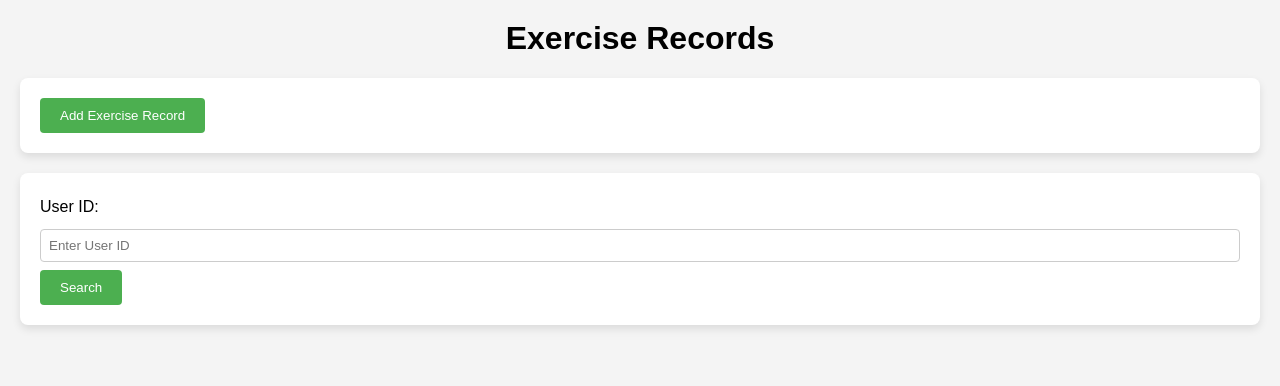
Repository: zilxhasu/eeit94-topic2
Page: http://localhost/topic2/jsp/fitness/index.jsp
An editor plug-in stored every save of this project. The page is shown before and after the next save, followed by the edit.
The browser window is 1280 px wide. The pictures show the whole page.
The page is served by Tomcat 10. Other server files are loaded and not shown.

Above is the page before, as saved 2025-02-23 14:20:18.

### topic2/src/main/webapp/jsp/fitness/index.jsp
<%@ page language="java" contentType="text/html; charset=UTF-8" pageEncoding="UTF-8"%>
<%@ taglib prefix="c" uri="http://java.sun.com/jsp/jstl/core" %>
<%@ taglib prefix="fn" uri="http://java.sun.com/jsp/jstl/functions" %>

<!DOCTYPE html>
<html lang="en">
<head>
    <meta charset="UTF-8">
    <meta name="viewport" content="width=device-width, initial-scale=1.0">
    <title>Exercise Records</title>
    <style>
        /* 樣式設置，可根據需要自行修改 */
        body {
            font-family: Arial, sans-serif;
            background-color: #f4f4f4;
            margin: 0;
            padding: 0;
        }

        h1 {
            text-align: center;
            margin-top: 20px;
        }

        form {
            margin: 20px;
            background-color: #fff;
            padding: 20px;
            border-radius: 8px;
            box-shadow: 0 4px 8px rgba(0, 0, 0, 0.1);
        }

        label {
            display: block;
            margin: 5px 0;
        }

        input, select {
            width: 100%;
            padding: 8px;
            margin: 8px 0;
            box-sizing: border-box;
            border-radius: 4px;
            border: 1px solid #ccc;
        }

        button {
            padding: 10px 20px;
            background-color: #4CAF50;
            color: white;
            border: none;
            border-radius: 4px;
            cursor: pointer;
        }

        button:hover {
            background-color: #45a049;
        }
    </style>
</head>
<body>
    <h1>Exercise Records</h1>

    <!-- 新增運動紀錄的按鈕 -->
    <form action=/jsp/fitness/addExerciseRecord.jsp method="get">
        <button type="submit">Add Exercise Record</button>
    </form>

    <!-- 查詢運動紀錄 -->
    <form action="<c:url value='/api/fitness/progress' />" method="get">
        <label for="userId">User ID:</label>
        <input type="number" name="userId" required placeholder="Enter User ID">
        <button type="submit">Search</button>
    </form>
</body>
</html>

After the next save:
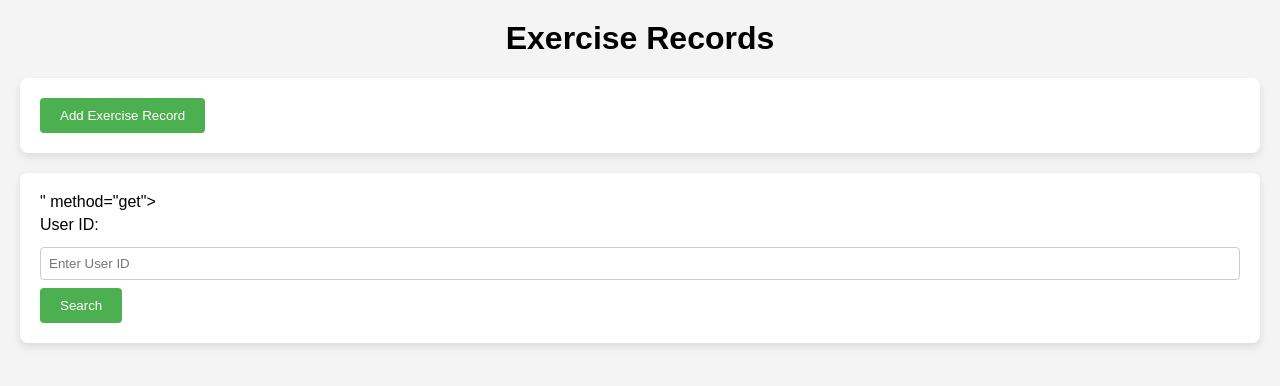
Saved 6 s later.
--- a/topic2/src/main/webapp/jsp/fitness/index.jsp
+++ b/topic2/src/main/webapp/jsp/fitness/index.jsp
@@ -67,7 +67,7 @@
     </form>
 
     <!-- 查詢運動紀錄 -->
-    <form action="<c:url value='/api/fitness/progress' />" method="get">
+    <form action=/api/fitness/progress' />" method="get">
         <label for="userId">User ID:</label>
         <input type="number" name="userId" required placeholder="Enter User ID">
         <button type="submit">Search</button>

After the save that followed:
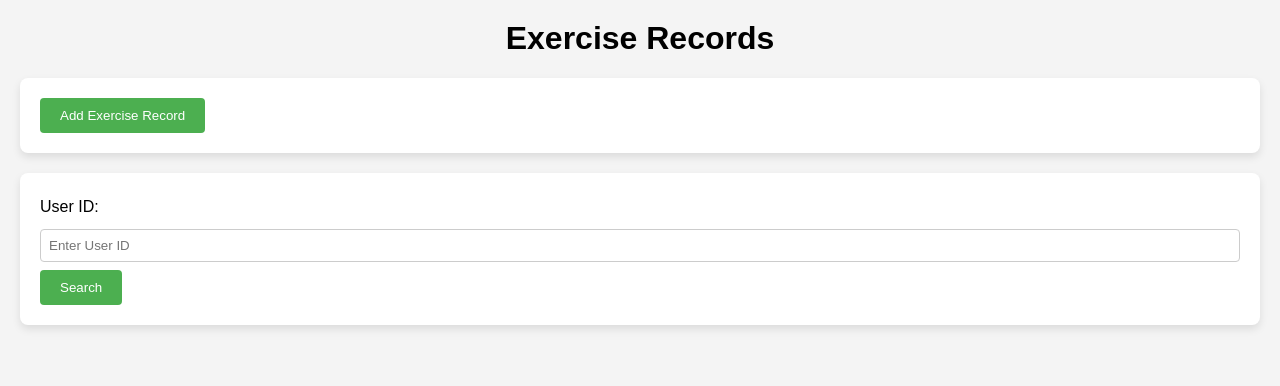
Saved 5 s later.
--- a/topic2/src/main/webapp/jsp/fitness/index.jsp
+++ b/topic2/src/main/webapp/jsp/fitness/index.jsp
@@ -67,7 +67,7 @@
     </form>
 
     <!-- 查詢運動紀錄 -->
-    <form action=/api/fitness/progress' />" method="get">
+    <form action=/api/fitness/progress method="get">
         <label for="userId">User ID:</label>
         <input type="number" name="userId" required placeholder="Enter User ID">
         <button type="submit">Search</button>
